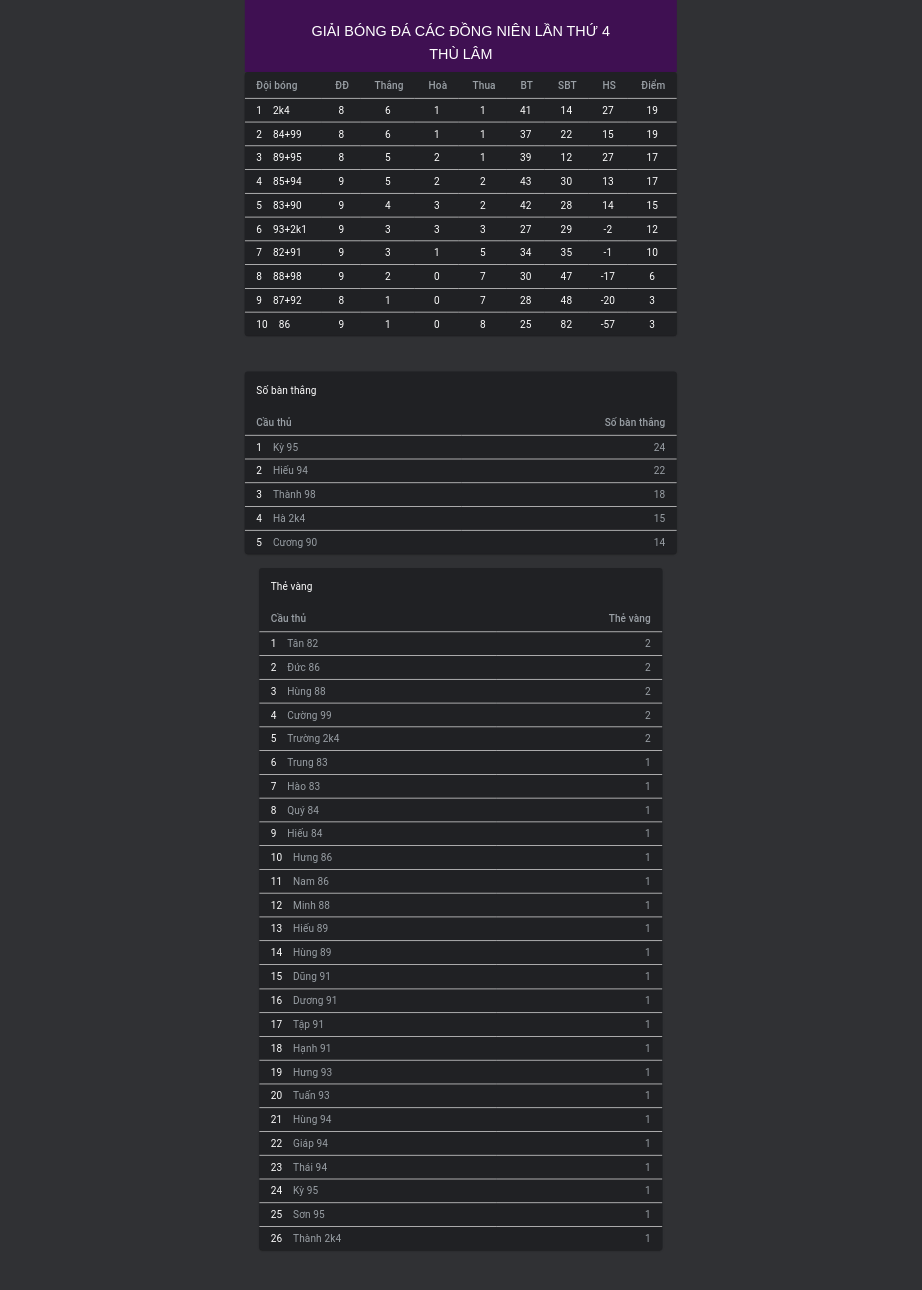
Repository: tuan842001/thulam
Page: /
An editor plug-in stored every save of this project. The page is shown before and after the next save, followed by the edit.
The browser window is 1280 px wide. The pictures show the whole page, at 72% of full size.
The project was rebuilt for these pictures with package versions that can differ from the ones it lists, and the page was loaded fresh each time.

Above is the page before, as saved 2022-01-11 15:55:25.

### public/index.html
<!DOCTYPE html>
<html lang="en">
  <head>
    <meta charset="utf-8" />
    <link rel="icon" href="%PUBLIC_URL%/favicon.ico" />
    <meta name="viewport" content="width=device-width, initial-scale=1" />
    <meta name="theme-color" content="#000000" />
    <meta
      name="description"
      content="Web site created using create-react-app"
    />

    <link href="https://cdn.jsdelivr.net/npm/bootstrap@5.1.3/dist/css/bootstrap.min.css" rel="stylesheet" integrity="sha384-1BmE4kWBq78iYhFldvKuhfTAU6auU8tT94WrHftjDbrCEXSU1oBoqyl2QvZ6jIW3" crossorigin="anonymous">
<script src="https://cdn.jsdelivr.net/npm/bootstrap@5.1.3/dist/js/bootstrap.bundle.min.js" integrity="sha384-ka7Sk0Gln4gmtz2MlQnikT1wXgYsOg+OMhuP+IlRH9sENBO0LRn5q+8nbTov4+1p" crossorigin="anonymous"></script>
    <title>GIẢI BÓNG ĐÁ CÁC ĐỒNG NIÊN THÙ LÂM</title>
  </head>
  <body>
    <noscript>You need to enable JavaScript to run this app.</noscript>
    <div id="root"></div>

  </body>
</html>

### src/App.js
import "./App.css";
import { Header } from "./components/header/Header";
import Card from "./pages/card/Card";
import Statistical from "./pages/statistical/Statistical";
import UserList from "./pages/userList/UserList";

function App() {
  return (
    <div className="App" style={{ height: "102%" }}>
      <Header />
      <UserList />
      <Statistical />
      <Card />
    </div>
  );
}

export default App;

### src/App.css
body {
  margin: 0;
  font-family: 'Montserrat', sans-serif;
  background-color: #303134;
  display: flex;
  justify-content: center;
}

* {
  margin: 0;
}

@media screen and (max-width: 480px) {
  body {
    justify-content: normal;
  }
}

### src/components/header/Header.jsx
import * as React from "react";
import "./header.css";

export const Header = () => {
  return (
    <div className="header">
      <h4>GIẢI BÓNG ĐÁ CÁC ĐỒNG NIÊN LẦN THỨ 4</h4>
      <h3>THÙ LÂM</h3>
    </div>
  );
};

### src/pages/card/Card.jsx
import * as React from "react";
import Table from "@mui/material/Table";
import TableBody from "@mui/material/TableBody";
import TableCell from "@mui/material/TableCell";
import TableContainer from "@mui/material/TableContainer";
import TableHead from "@mui/material/TableHead";
import TableRow from "@mui/material/TableRow";
import Paper from "@mui/material/Paper";

function createData(order, name, goal) {
  return {
    order,
    name,
    goal,
  };
}

const rows = [
  createData(1, "Tân 82", 2),
  createData(2, "Đức 86", 2),
  createData(3, "Hùng 88", 2),
  createData(4, "Cường 99", 2),
  createData(5, "Trường 2k4", 2),
  createData(6, "Trung 83", 1),
  createData(7, "Hào 83", 1),
  createData(8, "Quý 84", 1),
  createData(9, "Hiếu 84", 1),
  createData(10, "Hưng 86", 1),
  createData(11, "Nam 86", 1),
  createData(12, "Minh 88", 1),
  createData(13, "Hiếu 89", 1),
  createData(14, "Hùng 89", 1),
  createData(15, "Dũng 91", 1),
  createData(16, "Dương 91", 1),
  createData(17, "Tập 91", 1),
  createData(18, "Hạnh 91", 1),
  createData(19, "Hưng 93", 1),
  createData(20, "Tuấn 93", 1),
  createData(21, "Hùng 94", 1),
  createData(22, "Giáp 94", 1),
  createData(23, "Thái 94", 1),
  createData(24, "Kỳ 95", 1),
  createData(25, "Sơn 95", 1),
  createData(26, "Thành 2k4", 1),
];

export default function Card() {
  return (
    <TableContainer
      component={Paper}
      style={{
        backgroundColor: "#202124",
        color: "#FFFF",
        margin: "20px",
        width: "560px",
      }}
    >
      <TableCell style={{ color: "#FFFF", borderBottom: "none" }} align="right">
        Thẻ vàng
      </TableCell>
      <Table sx={{ minWidth: 500 }} size="small" aria-label="a dense table">
        <TableHead>
          <TableRow>
            <TableCell style={{ color: "#9aa0a6" }}>Cầu thủ</TableCell>
            <TableCell style={{ color: "#9aa0a6" }} align="right">
              Thẻ vàng
            </TableCell>
          </TableRow>
        </TableHead>
        <TableBody>
          {rows.map((row) => (
            <TableRow
              key={row.name}
              sx={{ "&:last-child td, &:last-child th": { border: 0 } }}
            >
              <TableCell
                component="th"
                scope="row"
                style={{ color: "#9aa0a6" }}
              >
                <span
                  style={{
                    color: "#fff",
                    marginRight: "15px",
                    textAlign: "center",
                  }}
                  align="center"
                >
                  {row.order}
                </span>
                {row.name}
              </TableCell>
              <TableCell style={{ color: "#9aa0a6" }} align="right">
                {row.goal}
              </TableCell>
            </TableRow>
          ))}
        </TableBody>
      </Table>
    </TableContainer>
  );
}

### src/pages/statistical/Statistical.jsx
import * as React from "react";
import Table from "@mui/material/Table";
import TableBody from "@mui/material/TableBody";
import TableCell from "@mui/material/TableCell";
import TableContainer from "@mui/material/TableContainer";
import TableHead from "@mui/material/TableHead";
import TableRow from "@mui/material/TableRow";
import Paper from "@mui/material/Paper";

function createData(order, name, goal) {
  return {
    order,
    name,
    goal,
  };
}

const rows = [
  createData(1, "Kỳ 95", 24),
  createData(2, "Hiếu 94", 22),
  createData(3, "Thành 98", 18),
  createData(4, "Hà 2k4", 15),
  createData(5, "Cương 90", 14),
];

export default function Statistical() {
  return (
    <TableContainer
      component={Paper}
      style={{ backgroundColor: "#202124", color: "#FFFF", marginTop: "50px" }}
    >
      <TableCell style={{ color: "#FFFF", borderBottom: "none" }} align="right">
        Số bàn thắng
      </TableCell>
      <Table sx={{ minWidth: 600 }} size="small" aria-label="a dense table">
        <TableHead>
          <TableRow>
            <TableCell style={{ color: "#9aa0a6" }}>Cầu thủ</TableCell>
            <TableCell style={{ color: "#9aa0a6" }} align="right">
              Số bàn thắng
            </TableCell>
          </TableRow>
        </TableHead>
        <TableBody>
          {rows.map((row) => (
            <TableRow
              key={row.name}
              sx={{ "&:last-child td, &:last-child th": { border: 0 } }}
            >
              <TableCell
                component="th"
                scope="row"
                style={{ color: "#9aa0a6" }}
              >
                <span
                  style={{
                    color: "#FFFF",
                    marginRight: "15px",
                    textAlign: "center",
                  }}
                  align="center"
                >
                  {row.order}
                </span>
                {row.name}
              </TableCell>
              <TableCell style={{ color: "#9aa0a6" }} align="right">
                {row.goal}
              </TableCell>
            </TableRow>
          ))}
        </TableBody>
      </Table>
    </TableContainer>
  );
}

### src/pages/userList/UserList.jsx
import * as React from "react";
import Table from "@mui/material/Table";
import TableBody from "@mui/material/TableBody";
import TableCell from "@mui/material/TableCell";
import TableContainer from "@mui/material/TableContainer";
import TableHead from "@mui/material/TableHead";
import TableRow from "@mui/material/TableRow";
import Paper from "@mui/material/Paper";

function createData(
  order,
  name,
  fought,
  win,
  draw,
  lose,
  goal,
  goals,
  difference,
  protein
) {
  return {
    order,
    name,
    fought,
    win,
    draw,
    lose,
    goal,
    goals,
    difference,
    protein,
  };
}

const rows = [
  createData(1, "2k4", 8, 6, 1, 1, 41, 14, 27, 19),
  createData(2, "84+99", 8, 6, 1, 1, 37, 22, 15, 19),
  createData(3, "89+95", 8, 5, 2, 1, 39, 12, 27, 17),
  createData(4, "85+94", 9, 5, 2, 2, 43, 30, 13, 17),
  createData(5, "83+90", 9, 4, 3, 2, 42, 28, 14, 15),
  createData(6, "93+2k1", 9, 3, 3, 3, 27, 29, -2, 12),
  createData(7, "82+91", 9, 3, 1, 5, 34, 35, -1, 10),
  createData(8, "88+98", 9, 2, 0, 7, 30, 47, -17, 6),
  createData(9, "87+92", 8, 1, 0, 7, 28, 48, -20, 3),
  createData(10, "86", 9, 1, 0, 8, 25, 82, -57, 3),
];

export default function UserList() {
  return (
    <TableContainer
      component={Paper}
      style={{ backgroundColor: "#202124", color: "#FFFF" }}
    >
      <Table sx={{ minWidth: 600 }} size="small" aria-label="a dense table">
        <TableHead>
          <TableRow>
            <TableCell style={{ color: "#9aa0a6" }}>Đội bóng</TableCell>
            <TableCell style={{ color: "#9aa0a6" }} align="right">
              ĐĐ
            </TableCell>
            <TableCell style={{ color: "#9aa0a6" }} align="right">
              Thắng
            </TableCell>
            <TableCell style={{ color: "#9aa0a6" }} align="right">
              Hoà
            </TableCell>
            <TableCell style={{ color: "#9aa0a6" }} align="right">
              Thua
            </TableCell>
            <TableCell style={{ color: "#9aa0a6" }} align="right">
              BT
            </TableCell>
            <TableCell style={{ color: "#9aa0a6" }} align="right">
              SBT
            </TableCell>
            <TableCell style={{ color: "#9aa0a6" }} align="right">
              HS
            </TableCell>
            <TableCell style={{ color: "#9aa0a6" }} align="right">
              Điểm
            </TableCell>
          </TableRow>
        </TableHead>
        <TableBody>
          {rows.map((row) => (
            <TableRow
              key={row.name}
              sx={{ "&:last-child td, &:last-child th": { border: 0 } }}
            >
              <TableCell component="th" scope="row" style={{ color: "#FFFF" }}>
                <span
                  style={{
                    color: "#FFFF",
                    marginRight: "15px",
                    textAlign: "center",
                  }}
                  align="center"
                >
                  {row.order}
                </span>

                {row.name}
              </TableCell>
              <TableCell style={{ color: "#FFFF" }} align="center">
                {row.fought}
              </TableCell>
              <TableCell style={{ color: "#FFFF" }} align="center">
                {row.win}
              </TableCell>
              <TableCell style={{ color: "#FFFF" }} align="center">
                {row.draw}
              </TableCell>
              <TableCell style={{ color: "#FFFF" }} align="center">
                {row.lose}
              </TableCell>
              <TableCell style={{ color: "#FFFF" }} align="center">
                {row.goal}
              </TableCell>
              <TableCell style={{ color: "#FFFF" }} align="center">
                {row.goals}
              </TableCell>
              <TableCell style={{ color: "#FFFF" }} align="center">
                {row.difference}
              </TableCell>
              <TableCell style={{ color: "#FFFF" }} align="center">
                {row.protein}
              </TableCell>
            </TableRow>
          ))}
        </TableBody>
      </Table>
    </TableContainer>
  );
}

### src/components/header/header.css
.header {
    background: #3F1052;
    height: 100px;
    width: 600px;
    text-align: center;
    color: #fff;
    display: flex;
    align-content: center;
    flex-direction: column;
    justify-content: center;
    padding-top: 25px;
}

.header h4 {
    font-size: 20px;
}

.header h3 {
    font-size: 20px;
}

Loaded but not shown: src/index.js (common file)

After the next save:
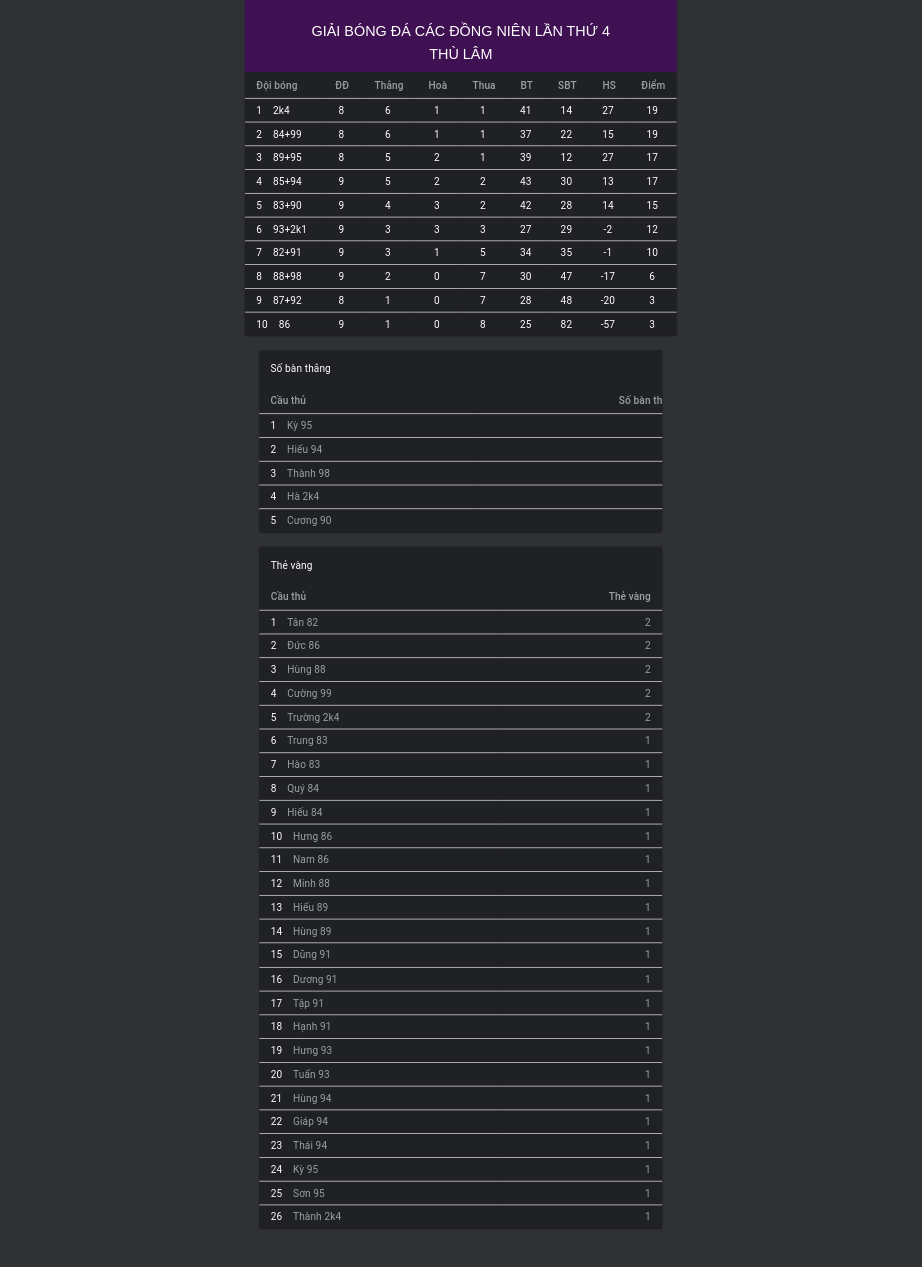
Saved 25 s later.
--- a/src/pages/statistical/Statistical.jsx
+++ b/src/pages/statistical/Statistical.jsx
@@ -27,7 +27,12 @@ export default function Statistical() {
   return (
     <TableContainer
       component={Paper}
-      style={{ backgroundColor: "#202124", color: "#FFFF", marginTop: "50px" }}
+      style={{
+        backgroundColor: "#202124",
+        color: "#FFFF",
+        margin: "20px",
+        width: "560px",
+      }}
     >
       <TableCell style={{ color: "#FFFF", borderBottom: "none" }} align="right">
         Số bàn thắng
